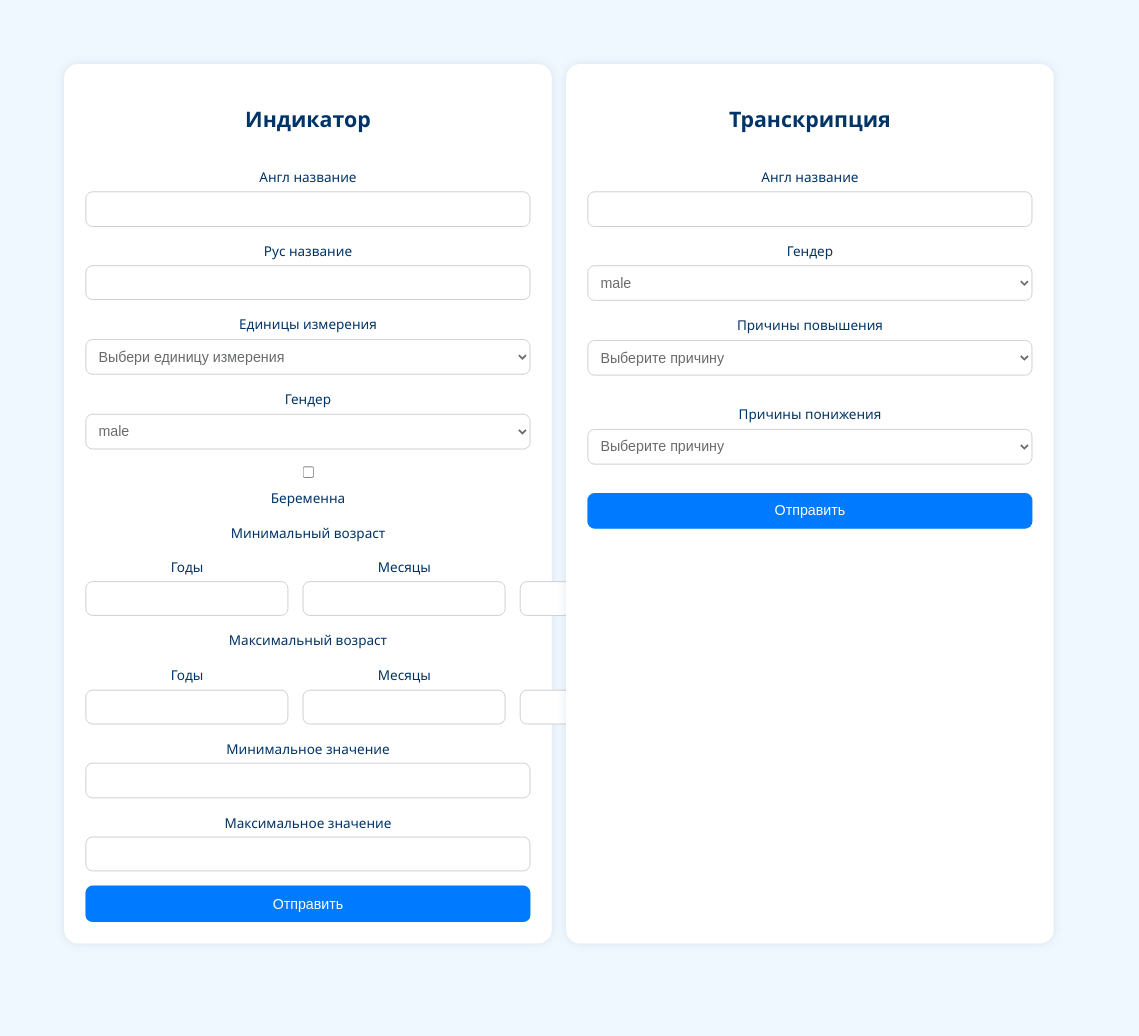
Repository: GGlebux/Transay
Page: / (app in frontend/)
An editor plug-in stored every save of this project. The page is shown before and after a run of saves, followed by the edit.
The browser window is 1280 px wide. The pictures show the whole page, at 89% of full size.
The project was rebuilt for these pictures with package versions that can differ from the ones it lists, and the page was loaded fresh each time. Also part of the build but not shown: frontend/vite.config.ts.

Above is the page before, as saved 2025-08-04 17:01:21.

After the next 2 saves:
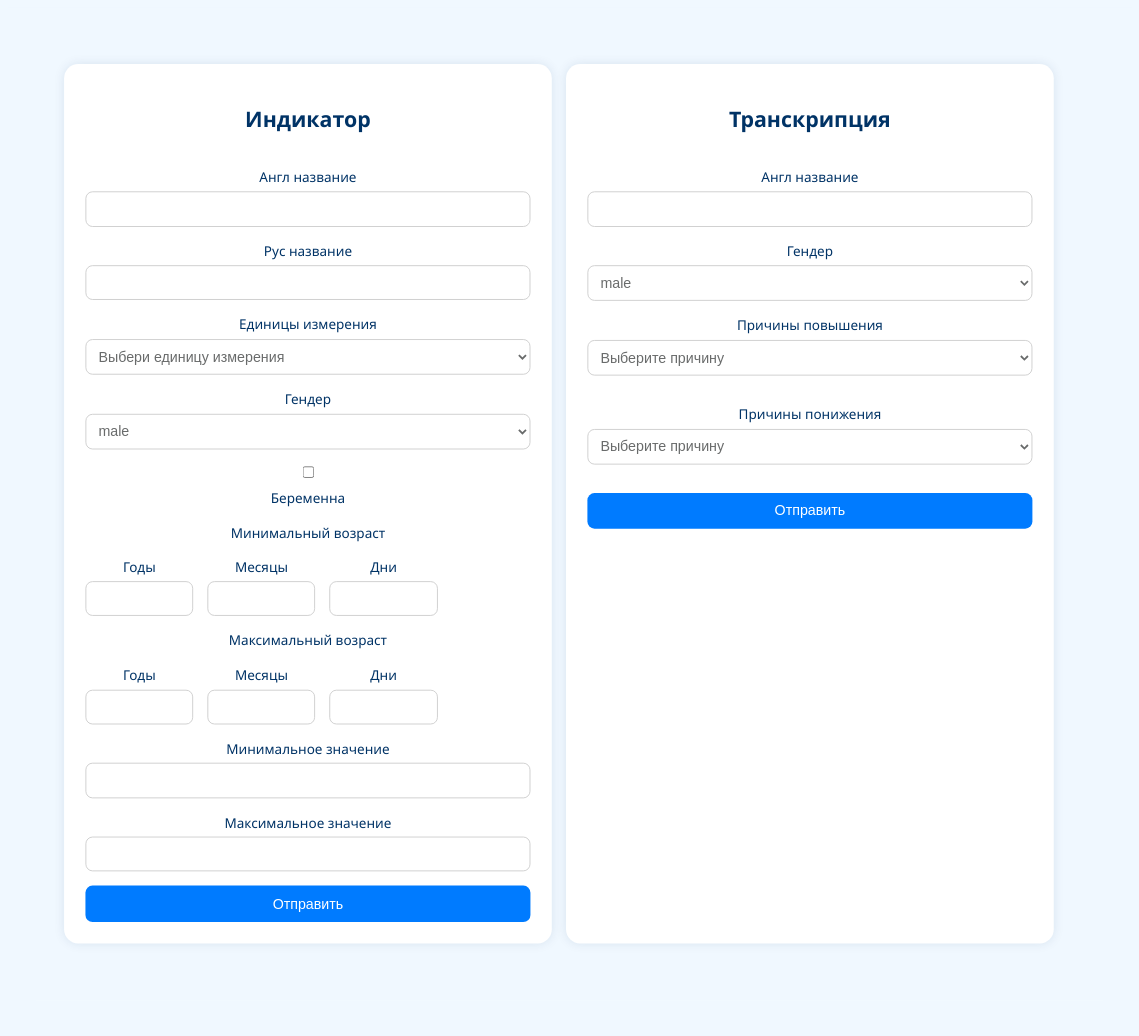
The 2 saves are shown as one change because they came seconds apart.
The last was saved 59 s later.
--- a/frontend/src/styles/forms.css
+++ b/frontend/src/styles/forms.css
@@ -71,6 +71,10 @@ button:hover {
   gap: 1rem;
 }
 
+.age-row input {
+  width: 100px;
+}
+
 .checkbox {
   display: flex;
   align-items: center;
